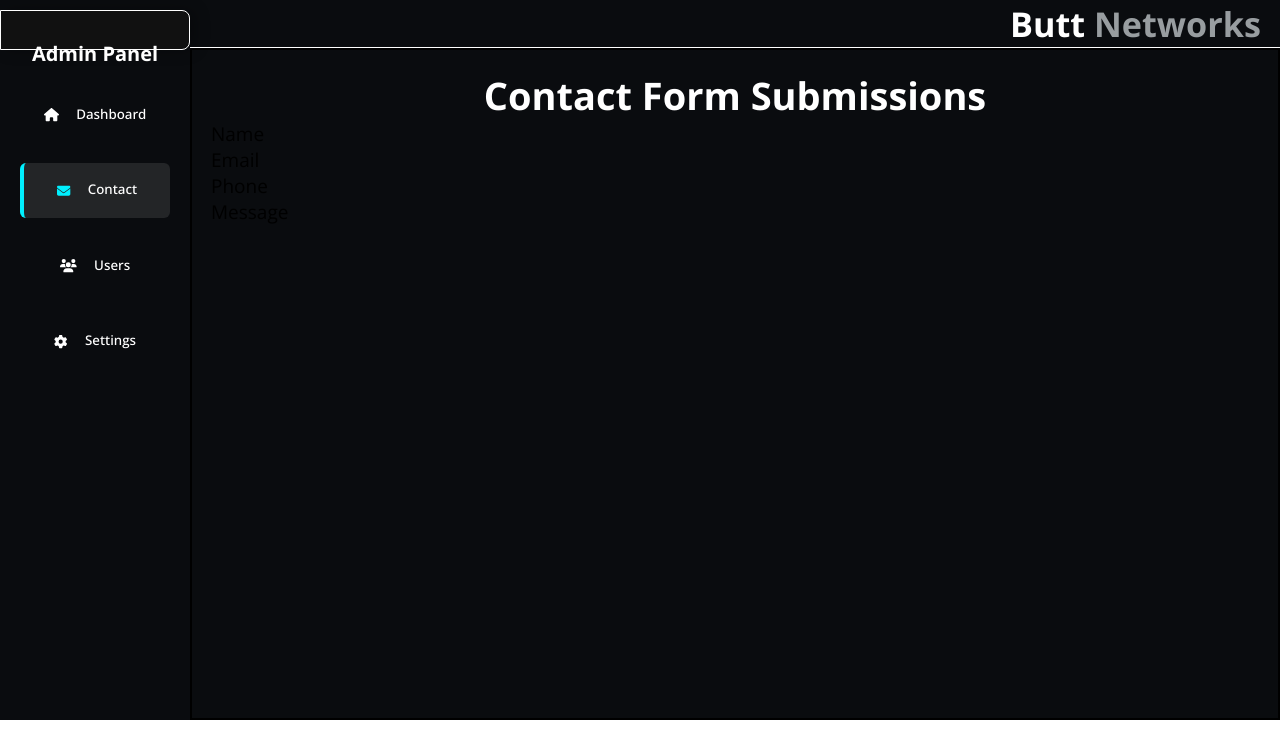
Repository: coder101-js/buttnetworks-admin-Panel
Page: /admin/contact
The author's editor kept a copy of each file at every save. The page is drawn from the files as they stood at one save, then again after the next save.
The browser window is 1280 px wide. The pictures show the whole page.
The page's requests for data from a server got no answer. The project was rebuilt for these pictures with package versions that can differ from the ones it lists, and the page was loaded fresh each time. No one was signed in, and anything a server would have sent is missing. Also part of the build but not shown: vite.config.js, src/component/login/LoginEmailPage.jsx, src/component/login/LoginPassword.jsx.

Above is the page before, as saved 2025-07-05 01:37:37.

### index.html
<!doctype html>
<html lang="en">

<head>
  <link rel="preconnect" href="https://fonts.googleapis.com">
  <link rel="preconnect" href="https://fonts.gstatic.com" crossorigin>
  <link
    href="https://fonts.googleapis.com/css2?family=Abril+Fatface&family=Noto+Sans:ital,wght@0,100..900;1,100..900&family=Open+Sans:ital,wght@0,300..800;1,300..800&family=Roboto+Condensed:ital,wght@0,100..900;1,100..900&family=Roboto+Mono:ital,wght@0,100..700;1,100..700&family=Roboto:ital,wght@0,100..900;1,100..900&display=swap"
    rel="stylesheet">
  <link rel="stylesheet" href="https://cdnjs.cloudflare.com/ajax/libs/font-awesome/6.5.0/css/all.min.css"
    integrity="sha512-..." crossorigin="anonymous" referrerpolicy="no-referrer" />


  <meta charset="UTF-8" />
  <link rel="icon" type="image/svg+xml" href="./src/assets/butt.ico" />
  <meta name="viewport" content="width=device-width, initial-scale=1.0" />
  <title>Vite + React</title>
</head>

<body class="body">
  <!-- <div id="root"></div> -->
  <script type="module" src="/src/main.jsx"></script>
</body>

</html>

### src/main.jsx
import { StrictMode } from 'react'
import { createRoot } from 'react-dom/client'
import './index.css'
import App from './App.jsx'


createRoot(document.querySelector('body')).render(
  <StrictMode>
    <App />
  </StrictMode>

)

### src/index.css
*{
  margin: 0;
  padding: 0;
  box-sizing: border-box;
  font-family: "Open Sans", sans-serif;
}

### src/App.jsx
import React from "react";
import LoginEmailPage from "./component/login/LoginEmailPage";
import Loginpassword from "./component/login/LoginPassword";
import { createBrowserRouter, RouterProvider } from "react-router-dom";
import AdminContact from "./component/login/AdminContact";
import './App.css'
const Router = createBrowserRouter([
  {
    path: "/login/email",
    element: (
      <>
        <LoginEmailPage />
      </>
    ),
  },
  {
    path: "/login/password",
    element: (
      <>
        <Loginpassword email={"WahbAmir@gmail.com"} />
      </>
    ),
  },
  {
    path: "/admin/contact",
    element: (
      <>
        <AdminContact />
      </>
    ),
  },
]);
function App() {
  return (
    <>
      <RouterProvider router={Router} />
    </>
  );
}

export default App;

### src/component/login/AdminContact.jsx
import { useEffect, useState, memo } from "react";
import { FontAwesomeIcon } from "@fortawesome/react-fontawesome";
import {
  faBars,
  faHouse,
  faEnvelope,
  faUsers,
  faCog,
} from "@fortawesome/free-solid-svg-icons";
import { FixedSizeList as List } from "react-window";
import "./style/Admin.css";

const AdminContact = () => {
  useEffect(() => {
    document.body.classList.add("body-admin");
    document.body.classList.remove("body");
  }, []);

  const [activeBtn, setActiveBtn] = useState("contact");
  const [menuOpen, setMenuOpen] = useState(false);
  const [contactList, setContactList] = useState([]);

  const toggleMenu = () => setMenuOpen((prev) => !prev);

  useEffect(() => {
    const getData = async () => {
      try {
        const res = await fetch("http://localhost:3000/contact", {
          method: "POST",
          headers: { "Content-Type": "application/json" },
        });
        if (!res.ok) throw new Error(`Status ${res.status}`);
        const json = await res.json();
        setContactList(Array.isArray(json.data) ? json.data : []);
      } catch (err) {
        console.error("🔥 fetch error:", err);
      }
    };
    getData();
  }, []);

  // Row renderer for virtualized list
  const Row = memo(({ index, style }) => {
    const contact = contactList[index];
    return (
      <div className="table-row" style={style}>
        <div className="table-cell">{contact?.name || ""}</div>
        <div className="table-cell">{contact?.email || ""}</div>
        <div className="table-cell">{contact?.phone || ""}</div>
        <div className="table-cell">
          <MessagePreview message={contact?.message || ""} />
        </div>
      </div>
    );
  });

  return (
    <div className="admin-grid">
      {/* Hamburger */}
      <button className="hamburger" onClick={toggleMenu}>
        <FontAwesomeIcon icon={faBars} />
      </button>

      {/* Side Panel */}
      <div className={`admin-sidePanel ${menuOpen ? "show" : ""}`}>
        <h3 className="admin-heading">Admin Panel</h3>
        {[
          { id: "dashboard", icon: faHouse, label: "Dashboard" },
          { id: "contact", icon: faEnvelope, label: "Contact" },
          { id: "users", icon: faUsers, label: "Users" },
          { id: "settings", icon: faCog, label: "Settings" },
        ].map((btn) => (
          <button
            key={btn.id}
            className={`admin-btn ${activeBtn === btn.id ? "active" : ""}`}
            onClick={() => {
              setActiveBtn(btn.id);
              setMenuOpen(false);
            }}
          >
            <FontAwesomeIcon icon={btn.icon} />
            <p>{btn.label}</p>
          </button>
        ))}
      </div>

      {/* Header */}
      <header className="admin-header">
        <h2>
          Butt <span className="grey-text">Networks</span>
        </h2>
      </header>

      {/* Main */}
      <main className="admin-main">
        <h1 className="admin-main-heading">Contact Form Submissions</h1>
        <div className="virtualized-table">
          <div className="table-header">
            <div className="table-cell">Name</div>
            <div className="table-cell">Email</div>
            <div className="table-cell">Phone</div>
            <div className="table-cell">Message</div>
          </div>

          <List
            height={400}
            itemCount={contactList.length}
            itemSize={130}
            width="100%"
          >
            {Row}
          </List>
        </div>
      </main>
    </div>
  );
};

const MessagePreview = ({ message }) => {
  const [expanded, setExpanded] = useState(false);
  const showReadMore = message.length > 300;

  return (
    <>
      <p className={`message-preview ${expanded ? "expanded" : ""}`}>
        {expanded ? message : message.slice(0, 100) + (showReadMore ? "..." : "")}
      </p>
      {showReadMore && (
        <button
          className="read-more-btn"
          onClick={() => setExpanded(!expanded)}
        >
          {expanded ? "Read Less" : "Read More"}
        </button>
      )}
    </>
  );
};

export default AdminContact;

### src/App.css
/* ===== Theme Variables ===== */
:root {
  --body-bg: rgb(202, 215, 220);
  --container-bg: rgba(255, 255, 255, 0.85);
  --primary-btn-bg: #1769ed;
  --active-btn-bg: #104599;
  --inverted-btn-border: none;
  --inverted-btn-hover: linear-gradient(135deg, blue, rgb(117, 223, 255));
  --btn-text-color: white;
  --input-bg: white;
  --input-border: rgb(0, 0, 0);
  --input-focus-border: rgb(89, 171, 226);
  --user-info-bg: rgb(219, 219, 219);
  --box-shadow: 0px 0px 12px 2px #888888;
  --text-color: #000;
  --forgot-text-color: black;
}

[data-theme="dark"] {
  --forgot-text-color: lightblue;
  --body-bg: #272626;
  --container-bg: #000000c5;
  --primary-btn-bg: #2563eb;
  --inverted-btn-border: none;
  --inverted-btn-hover: linear-gradient(135deg, #60a5fa, #3b82f6);
  --btn-text-color: white;
  --input-bg: #374151;
  --input-border: #4b5563;
  --input-focus-border: #93c5fd;
  --user-info-bg: #4b5563;
  --box-shadow: 0px 0px 12px 2px #161515;
  --input-shadow: 0px 0px 12px 2px rgb(30, 28, 28);
  --text-color: #f9fafb;
  --logo-filter: invert();
}
/* ===== Reset & Global ===== */
* {
  margin: 0;
  padding: 0;
  box-sizing: border-box;
  transition: all 0.3s ease-in;
}

.body {
  background-color: var(--body-bg);
  color: var(--text-color);
  display: flex;
  justify-content: center;
  align-items: center;
  min-height: 100vh;
  font-family: "Segoe UI", Tahoma, Geneva, Verdana, sans-serif;
}

/* ===== Container ===== */
.container {
  min-width: 45rem;
  min-height: 62vh;
  display: grid;
  grid-template-columns: 0.5fr 1.5fr;
  margin: auto;
  background-color: var(--container-bg);
  border-radius: 12px;
  box-shadow: var(--box-shadow);
}

/* ===== Content & Input Wrappers ===== */
.contentWrapper {
  display: flex;
  flex-direction: column;
  align-items: center;
}

form {
  display: flex;
  flex-direction: column;
  align-items: center;
  justify-content: center;
}

/* ===== Input Labels & Fields ===== */
.dataLabel {
  width: 29rem;
  text-align: left;
  margin-bottom: 17px;
}

input[type="email"],
input[type="text"],
input[type="password"] {
  padding: 6px;
  border-radius: 5px;
  background-color: var(--input-bg);
  box-shadow: var(--input-shadow);
  border: 2px solid var(--input-border);
  font-size: 14px;
  width: 28rem;
  margin-bottom: 5px;
}

input[type="email"],
input[type="text"]:focus,
input[type="password"]:focus {
  box-shadow: none !important;
  border: 2px solid var(--input-focus-border) !important;
}

/* ===== Buttons ===== */
.btnContainer {
  display: flex;
  gap: 1.5rem;
  margin: 10px 0;
}

.btn {
  padding: 5px;
  background-color: var(--primary-btn-bg);
  color: var(--btn-text-color);
  border: none;
  border-radius: 10px;
  cursor: pointer;
  position: relative;
  overflow: hidden;
  width: 7.5rem;
  transform: scale(1.1);
}

.btn::after {
  content: "";
  position: absolute;
  bottom: 4px;
  left: 50%;
  transform: translateX(-50%);
  width: 0%;
  height: 2px;
  background: white;
  transition: width 0.3s ease;
}

.btn:hover::after {
  width: 90%;
}
.btn:active {
  transition: none;
  background-color: var(--active-btn-bg);
}

.btnInverted {
  background-color: transparent;
  color: var(--primary-btn-bg);
  border: var(--inverted-btn-border);
}
.btnInverted:active {
  background-color: transparent;
}

.btnInverted::after {
  background: var(--inverted-btn-hover);
}
.forgot::after {
  background: transparent;
}
.forgot {
  color: var(--forgot-text-color);
  text-decoration: underline;
}
.forgot:hover {
  transform: scale(1.14);
  filter: brightness(1.3);
}

/* ===== Logo & Headings ===== */
.logo {
  width: 150px;
  filter: var(--logo-filter);
}

h3 {
  font-size: 20px;
}

p {
  font-weight: 540;
  margin: 0.4rem 0px 10px 0.4rem;
}

/* ===== User Info Display ===== */
.userInfo {
  display: flex;
  align-items: center;
  justify-content: center;
  border: 2px solid gray;
  border-radius: 0.55rem;
  font-size: 0.8rem;
  gap: 5px;
  padding: 0.3rem;
  background-color: var(--user-info-bg);
}

.userInfo > p {
  margin: 0;
  padding: 0;
}

/* ===== Password Toggle Wrapper ===== */
.showPassWrapper {
  display: flex;
  flex-direction: row;
  gap: 1rem;
  width: 28rem;
}
.theme-toggle-btn {
  background-color: transparent;
  border: none;
  cursor: pointer;
}
.theme-toggle-btn {
  transform: scale(2);
  position: absolute;
  top: 20px;
  right: 55px;
}
.moon path {
  fill: rgb(4, 116, 186);
  transform: scale(1.2);
  transition: all 0.3s ease;
}

.sun path {
  fill: yellow !important; /* You can customize this too */
  transform: scale(1.2);
  transition: all 0.3s ease;
}
.inputErr {
  color: red;
  align-self: flex-start;
  margin-left: 2.5rem;
}
.emailErr {
  background-color: red;
  color: white;
  width: fit-content;
  padding: 5px;
  border-radius: 5px;
  text-align: center;
  display: block;
  margin: auto;
  margin-bottom: 30px;
  animation: fadeOut 5s ease-in forwards;
}
.none {
  min-height: 20px;
  visibility: hidden;
}
.error-space {
  min-height: 20px;
}
.captcha-wrapper {
  display: block;
  position: relative;
  top: 1rem;
}
.captchaErr {
  color: white;
  background-color: red;
  border-radius: 5px;
  transform: scale(0.85);
  text-align: center;
  /* padding: 1px; */
}
.loading {
  width: 100%;
  height: 100%;
  position: absolute;
  inset: 0;
  z-index: 4;
  background-color: rgba(128, 128, 128, 0.735);
  backdrop-filter: blur(1.2px);
}
.loading::after {
  transform: scaleX(-95%);
  content: "";
  display: block;
  position: absolute;
  width: 100%;
  height: 8px;
  margin-top: 5px;
  background: linear-gradient(
    to right,
    rgb(32, 32, 216),
    #4747de,
    rgb(79, 129, 235),
    rgb(23, 141, 224),
    rgb(92, 116, 125),
    rgb(68, 94, 150),
     rgb(50, 64, 180),
     rgb(32, 32, 216)
  );

  background-size: 200% auto;
  animation: loading 0.7s linear infinite;
  border-radius: 10px;
}
.hide{
  display: none;
  visibility: hidden;
}
#forgot-text{
  display: block;
  text-align: center;
  color: red;
}
@keyframes loading {
  0% {
    background-position: 0% 50%;
  }
  100% {
    background-position: 100% 50%;
  }
}
@keyframes fadeOut {
  0% {
    opacity: 1;
  }
  80% {
    opacity: 0.9;
  }
  100% {
    opacity: 0;
    visibility: hidden;
  }
}
/* ===== Responsive Typography ===== */
@media (min-width: 1200px) and (max-width: 1500px) {
  html {
    font-size: 19px;
  }
}
@media (min-width: 900px) and (max-width: 1200px) {
  html {
    font-size: 17px;
  }
  .container {
    padding: 25px;
  }
}
@media (min-width: 780px) and (max-width: 900px) {
  html {
    font-size: 16px;
  }
  .btn {
    width: 120px;
  }
  .container {
    padding: 15px;
  }
}
@media (min-width: 520px) and (max-width: 780px) {
  html {
    font-size: 13.5px;
  }
  .container {
    display: flex;
    flex-direction: column;
    justify-content: center;
    align-items: center;
    min-width: 30rem;
    min-height: 65vh;
  }
  .contentWrapper,
  form {
    margin-bottom: auto;
  }
  .btnInverted {
    width: fit-content;
  }
  .inputErr {
    color: red;
    align-self: flex-start;
    margin-left: 1rem;
  }
}
@media (min-width: 300px) and (max-width: 520px) {
  html {
    font-size: 12.5px;
  }
  .container {
    transform: scale(0.9);
    display: flex;
    flex-direction: column;
    justify-content: center;
    align-items: center;
    min-width: 28rem;
    min-height: 70vh;
    line-height: 2rem;
  }
  input[type="email"],
  input[type="text"],
  input[type="password"],
  .showPassWrapper,
  .dataLabel {
    width: 20rem;
    font-size: 15px;
  }
  .userInfo {
    transform: scale(1.2);
    margin: 10px;
  }
  .btnInverted {
    width: fit-content;
  }
  input[type="checkbox"] {
    transform: scale(1.4);
    /* margin-top: 10px; */
  }
  .showPassWrapper {
    margin-top: 10px;
    font-size: 15px;
  }
  .theme-toggle-btn {
    transform: scale(2);
    position: absolute;
    top: 20px;
    right: 60px;
  }
  .btn {
    transform: scale(1.2);
  }
  .btnContainer {
    gap: 2rem;
  }
  .inputErr {
    color: red;
    align-self: flex-start;
    margin-left: 0rem;
  }
}

### src/component/login/style/Admin.css
.body-admin::before {
  content: "";
  display: block;
  position: absolute;
  inset: 0px;
  width: 100vw;
  height: 100vh;
  z-index: -1;
  background-color: rgb(10, 12, 15);
}
.body-admin {
  overflow: hidden;
}
.admin-heading {
  color: white;
  align-self: center;
}
.admin-grid {
  display: grid;
  grid-template-columns: auto 1fr;
  grid-template-rows: auto 1fr;
  grid-template-areas:
    "admin-sidePanel admin-header admin-header"
    "admin-sidePanel admin-main admin-main";
  height: 100vh;
}
.admin-sidePanel {
  grid-area: admin-sidePanel;
  display: flex;
  align-items: flex-start;
  margin-top: 10px;
  padding: 10px;
  flex-direction: column;
  border: 1px solid white;
  border-radius: 8px;
  height: 100vh;
}
.admin-btn {
  cursor: pointer;
  background-color: rgba(255, 255, 255, 0.03);
  padding: 7px;
  border: none;
  border-radius: 6px;
  gap: 5px;
  display: flex;
  align-items: center;
  justify-content: center;
  transition: all 0.3s ease-in;
  margin: 10px 0px;
  width: 150px;
}
.admin-btn:hover {
  background-color: rgba(255, 255, 255, 0.094);
  transform: scale(1.02);
}
.admin-btn p {
  color: white;
}
.white-icon {
  color: white;
}
.admin-btn {
  display: flex;
  align-items: center;
  gap: 10px;
  padding: 10px 16px;
  background-color: transparent;
  border: none;
  color: white;
  cursor: pointer;
  transition: 0.2s;
}

.admin-btn svg {
  fill: white;
}

.admin-btn.active {
  background-color: rgba(255, 255, 255, 0.1);
  border-left: 4px solid #00f0ff;
  color: #00f0ff;
}

.admin-btn.active svg {
  fill: #00f0ff !important;
}

.admin-heading {
  color: white;
  padding: 10px;
  font-size: 20px;
}
.admin-header {
  grid-area: admin-header;
  font-size: 1.2rem;
  color: white;
  border-bottom: 1px solid white;
  display: flex;
  align-items: center;
  justify-content: flex-end;
  padding: 0px 1rem;
  height: fit-content;
}
.grey-text {
  color: #989da0;
}
.admin-main {
  grid-area: admin-main;
  padding: 1rem;
  overflow-y: auto;
  display: flex;
  flex-direction: column;
  border: 2px solid;
}
.admin-main-heading {
  color: white;
  text-align: center;
}

thead {
  border: 1px solid white;
}

thead th {
  font-weight: 400;
  border: none; /* remove individual borders */
  padding: 8px;
  color: #a0a4a8;
}

/* Make sure table collapse is on for clean edges */
table {
  border-collapse: collapse;
}

tbody td {
  color: white;
  font-weight: 400;
  text-align: center;
  border: 1px solid white;
  padding: 3px;
}
.message-preview {
  max-width: 200px;
  width: fit-content;
  margin: 0 auto;
  line-height: 1.5em;
  text-align: left;
  overflow: hidden;
  text-overflow: ellipsis;
  display: -webkit-box;
  -webkit-line-clamp: 6;
  -webkit-box-orient: vertical;

  max-height: 9em; /* 6 lines x 1.5em */
  transition: max-height 0.5s ease, -webkit-line-clamp 0s 0.5s;
  position: relative;
}

.message-preview.expanded {
  -webkit-line-clamp: unset;
  max-height: 1000px; /* big enough to show full text */
  transition: max-height 0.5s ease;
}

.message-preview::after {
  content: "";
  display: block;
  height: 1.5em;

  position: absolute;
  bottom: 0;
  left: 0;
  right: 0;
  opacity: 1;
  transition: opacity 0.3s ease;
  pointer-events: none;
}

.message-preview.expanded::after {
  opacity: 0;
}

.read-more-btn {
  background: none;
  border: none;
  color: #007bff;
  cursor: pointer;
  padding: 0;
  margin-top: 5px;
  font-size: 0.9rem;
}
/* HAMBURGER ICON */
.hamburger {
  display: none;
  position: absolute;
  top: 10px;
  left: 10px;
  z-index: 1000;
  background: none;
  border: none;
  color: white;
  font-size: 1.5rem;
  cursor: pointer;
}

/* SLIDE SIDEBAR */
@media (max-width: 740px) {
  .hamburger {
    display: block;
  }

  .admin-grid {
    display: block;
  }

  .admin-sidePanel {
    position: fixed;
    top: 0;
    left: -250px;
    width: 200px;
    height: 100vh;
    background-color: #111;
    padding: 1rem;
    border-radius: 0 8px 8px 0;
    box-shadow: 5px 0 15px rgba(0, 0, 0, 0.3);
    transition: left 0.3s ease-in-out;
    z-index: 999;
  }

  .admin-sidePanel.show {
    left: 0;
  }

  .admin-header {
    margin-top: 3rem;
    justify-content: center;
    padding: 0.5rem;
  }

  .admin-main {
    margin-top: 1rem;
    padding: 1rem;
  }
}

@media (max-width: 400px) {
  .admin-sidePanel {
    flex-direction: column;
    align-items: center;
  }

  table {
    font-size: 0.75rem;
  }

  .admin-btn {
    width: 100%;
    max-width: 300px;
  }

  .message-preview {
    max-width: 100%;
  }
}

After the next save:
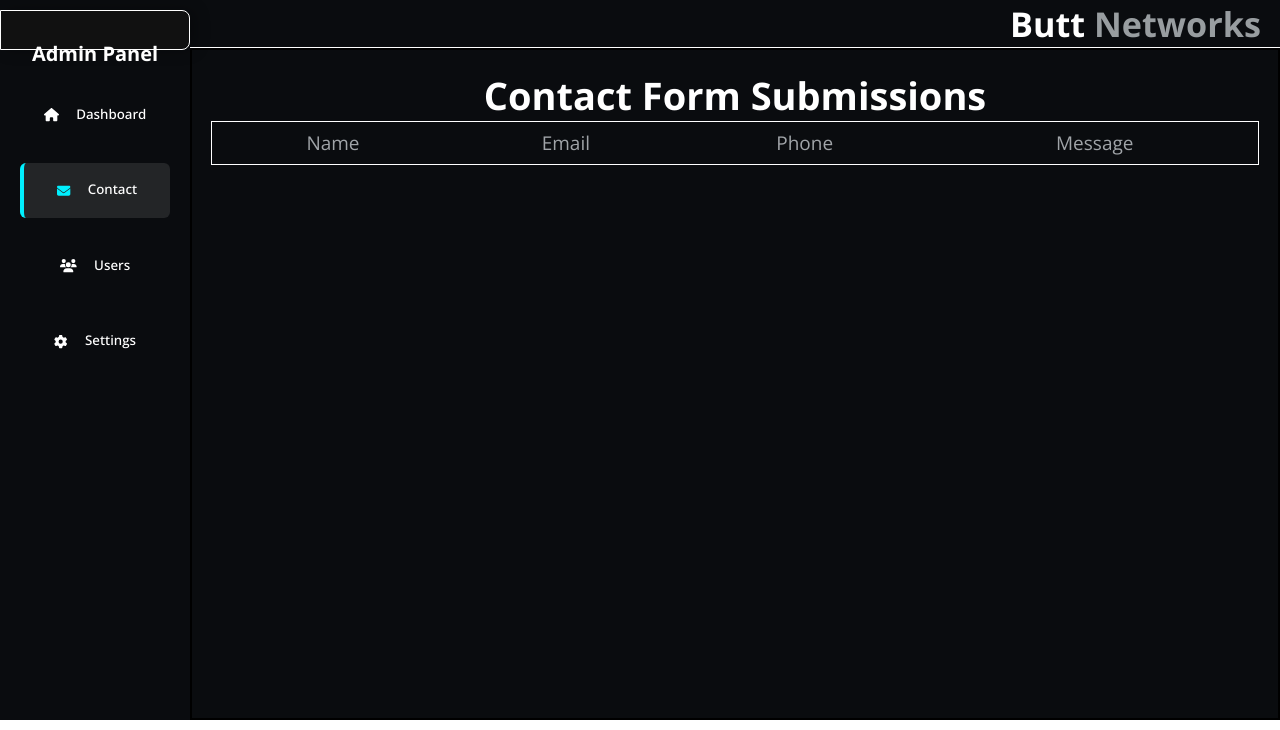
Saved 7 s later.
--- a/src/component/login/AdminContact.jsx
+++ b/src/component/login/AdminContact.jsx
@@ -1,4 +1,4 @@
-import { useEffect, useState, memo } from "react";
+import { useEffect, useRef, useState } from "react";
 import { FontAwesomeIcon } from "@fortawesome/react-fontawesome";
 import {
   faBars,
@@ -7,21 +7,24 @@ import {
   faUsers,
   faCog,
 } from "@fortawesome/free-solid-svg-icons";
-import { FixedSizeList as List } from "react-window";
 import "./style/Admin.css";
 
 const AdminContact = () => {
+  // Body theming
   useEffect(() => {
     document.body.classList.add("body-admin");
     document.body.classList.remove("body");
   }, []);
 
+  // Sidebar + menu
   const [activeBtn, setActiveBtn] = useState("contact");
   const [menuOpen, setMenuOpen] = useState(false);
+
+  // Contact data
   const [contactList, setContactList] = useState([]);
+  const toggleMenu = () => setMenuOpen((o) => !o);
 
-  const toggleMenu = () => setMenuOpen((prev) => !prev);
-
+  // Fetch page 1 of contacts on mount
   useEffect(() => {
     const getData = async () => {
       try {
@@ -39,21 +42,6 @@ const AdminContact = () => {
     getData();
   }, []);
 
-  // Row renderer for virtualized list
-  const Row = memo(({ index, style }) => {
-    const contact = contactList[index];
-    return (
-      <div className="table-row" style={style}>
-        <div className="table-cell">{contact?.name || ""}</div>
-        <div className="table-cell">{contact?.email || ""}</div>
-        <div className="table-cell">{contact?.phone || ""}</div>
-        <div className="table-cell">
-          <MessagePreview message={contact?.message || ""} />
-        </div>
-      </div>
-    );
-  });
-
   return (
     <div className="admin-grid">
       {/* Hamburger */}
@@ -66,9 +54,9 @@ const AdminContact = () => {
         <h3 className="admin-heading">Admin Panel</h3>
         {[
           { id: "dashboard", icon: faHouse, label: "Dashboard" },
-          { id: "contact", icon: faEnvelope, label: "Contact" },
-          { id: "users", icon: faUsers, label: "Users" },
-          { id: "settings", icon: faCog, label: "Settings" },
+          { id: "contact",   icon: faEnvelope, label: "Contact" },
+          { id: "users",     icon: faUsers,    label: "Users" },
+          { id: "settings",  icon: faCog,      label: "Settings" },
         ].map((btn) => (
           <button
             key={btn.id}
@@ -91,49 +79,65 @@ const AdminContact = () => {
         </h2>
       </header>
 
-      {/* Main */}
+      {/* Main Content */}
       <main className="admin-main">
         <h1 className="admin-main-heading">Contact Form Submissions</h1>
-        <div className="virtualized-table">
-          <div className="table-header">
-            <div className="table-cell">Name</div>
-            <div className="table-cell">Email</div>
-            <div className="table-cell">Phone</div>
-            <div className="table-cell">Message</div>
-          </div>
-
-          <List
-            height={400}
-            itemCount={contactList.length}
-            itemSize={130}
-            width="100%"
-          >
-            {Row}
-          </List>
-        </div>
+        <table>
+          <thead>
+            <tr>
+              <th>Name</th>
+              <th>Email</th>
+              <th>Phone</th>
+              <th>Message</th>
+            </tr>
+          </thead>
+          <tbody>
+            {contactList.map((contact, idx) => (
+              <ContactRow key={contact._id || idx} contact={contact} />
+            ))}
+          </tbody>
+        </table>
       </main>
     </div>
   );
 };
 
-const MessagePreview = ({ message }) => {
-  const [expanded, setExpanded] = useState(false);
-  const showReadMore = message.length > 300;
+const ContactRow = ({ contact }) => {
+  const { name = "", email = "", phone = "", message = "" } = contact || {};
+
+  const [isExpanded, setIsExpanded]   = useState(false);
+  const [showReadMore, setShowReadMore] = useState(false);
+  const messageRef = useRef(null);
+
+  // Show "Read More" if message exceeds ~300 chars
+  useEffect(() => {
+    setShowReadMore(message.length > 300);
+  }, [message]);
 
   return (
-    <>
-      <p className={`message-preview ${expanded ? "expanded" : ""}`}>
-        {expanded ? message : message.slice(0, 100) + (showReadMore ? "..." : "")}
-      </p>
-      {showReadMore && (
-        <button
-          className="read-more-btn"
-          onClick={() => setExpanded(!expanded)}
-        >
-          {expanded ? "Read Less" : "Read More"}
-        </button>
-      )}
-    </>
+    <tr>
+      <td>{name}</td>
+      <td>{email}</td>
+      <td>{phone}</td>
+      <td>
+        <div className="message-container">
+          <p
+            ref={messageRef}
+            className={`message-preview ${isExpanded ? "expanded" : ""}`}
+          >
+            {message}
+          </p>
+          {showReadMore && (
+            <button
+              className="read-more-btn"
+              onClick={() => setIsExpanded((e) => !e)}
+            >
+              {isExpanded ? "Read Less" : "Read More"}
+            </button>
+          )}
+        </div>
+      </td>
+    </tr>
   );
 };
 
